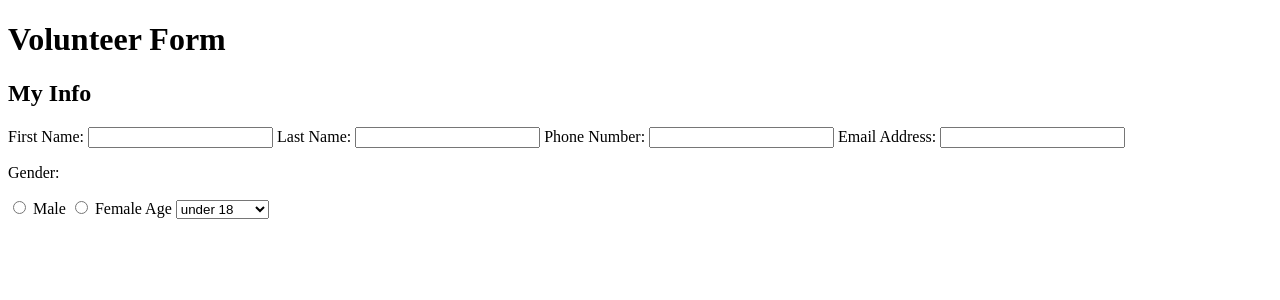
Repository: rishondass/ITMD361-Lab4
Page: index.html
These files come from the project's save history. The page is drawn as it stood at one moment and after a run of saves; the edit follows.
The browser window is 1280 px wide. The pictures show the whole page.

Above is the page before, as saved 2023-01-13 15:00:18.

After the next 2 saves:
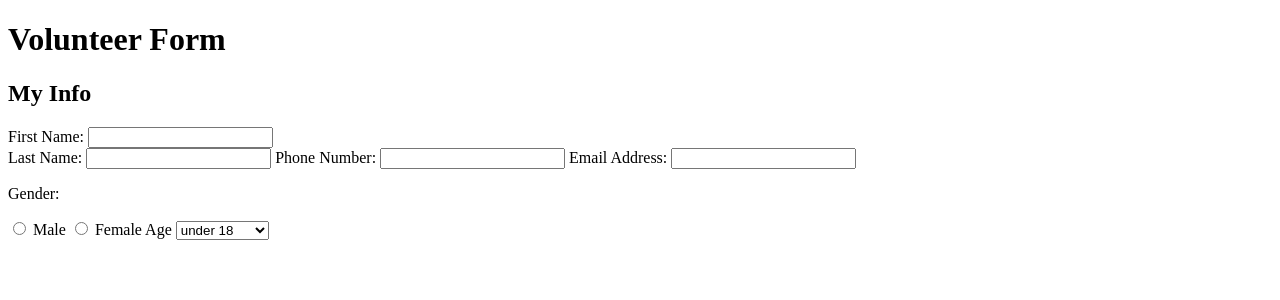
The 2 saves are shown as one change because they came seconds apart.
The last was saved 22 s later.
--- a/index.html
+++ b/index.html
@@ -15,8 +15,11 @@
     </h2>
 
     <form action="POST">
-        <label for="first_name_field">First Name:</label>
-        <input type="text" name="first_name_field">
+        <div>
+            <label for="first_name_field">First Name:</label>
+            <input type="text" name="first_name_field">
+        </div>
+
 
         <label for="last_name_field">Last Name:</label>
         <input type="text" name="last_name_field">
